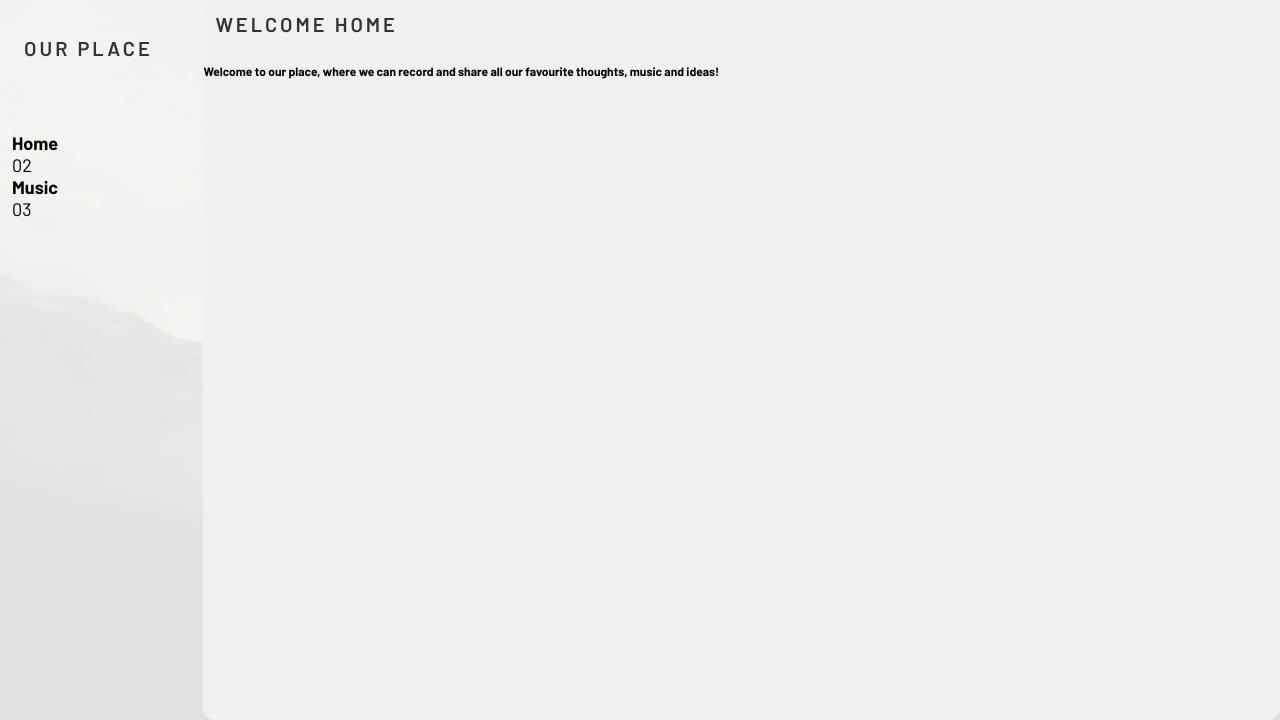
Repository: meghan-kradolfer/our-space-v1
Page: /
The author's editor kept a copy of each file at every save. The page is drawn from the files as they stood at one save, then again after a run of saves.
The browser window is 1280 px wide. The pictures show the whole page.
The project was rebuilt for these pictures with package versions that can differ from the ones it lists, and the page was loaded fresh each time. Also part of the build but not shown: src/containers/music/index.js, src/components/footer.js.

Above is the page before, as saved 2017-11-17 20:03:15.

After the next 2 saves:
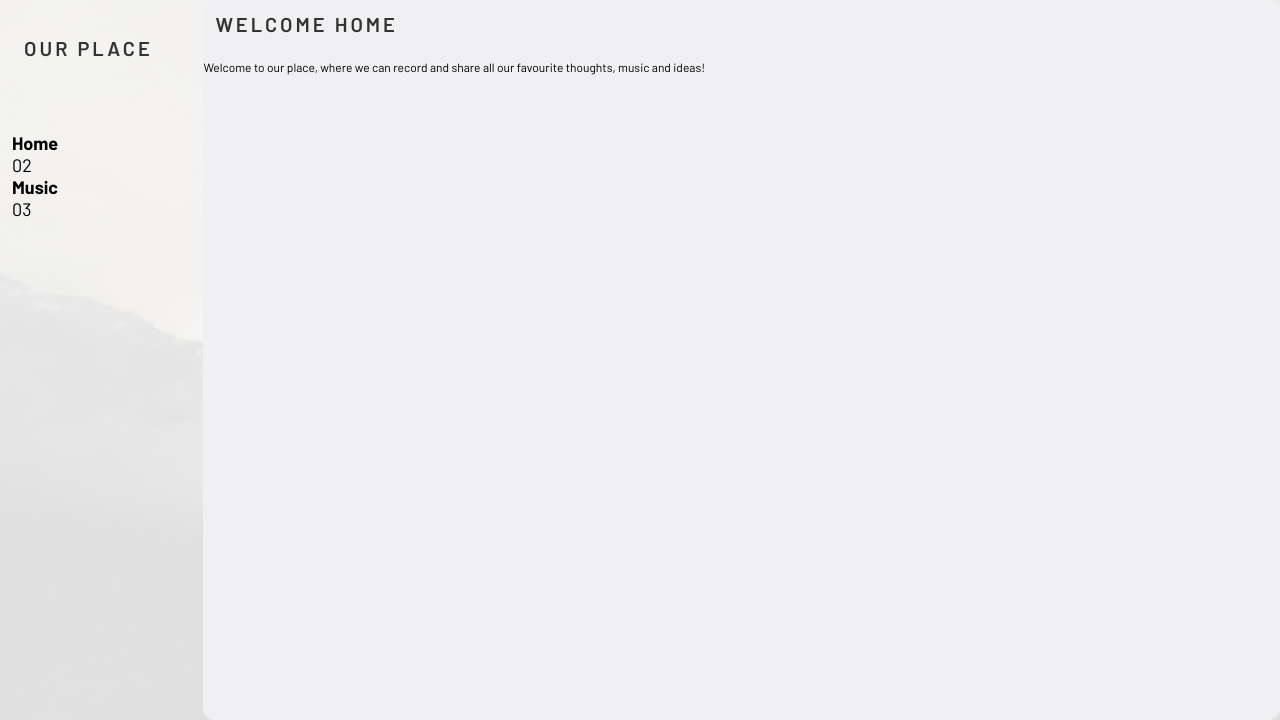
The 2 saves are shown as one change because they came seconds apart.
The last was saved 10 s later.
--- a/src/containers/home/index.js
+++ b/src/containers/home/index.js
@@ -3,7 +3,7 @@ import React from "react"
 const Home = props => (
   <div className="home">
     <h1>Welcome Home</h1>
-    <h4>Welcome to our place, where we can record and share all our favourite thoughts, music and ideas!</h4>
+    <p>Welcome to our place, where we can record and share all our favourite thoughts, music and ideas!</p>
   </div>
 );
 
